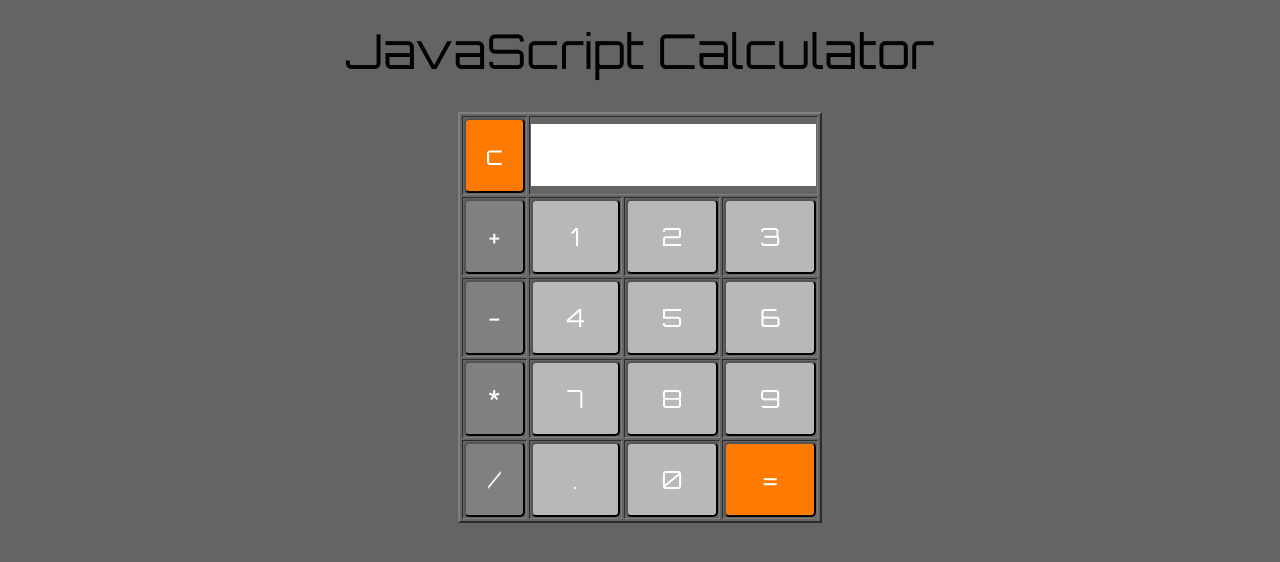
Repository: spidero7/Simple-Calculator
Page: index.html
The author's editor kept a copy of each file at every save. The page is drawn from the files as they stood at one save, then again after the next save.
The browser window is 1280 px wide. The pictures show the whole page.

Above is the page before, as saved 2021-09-16 08:03:56.

After the next save:
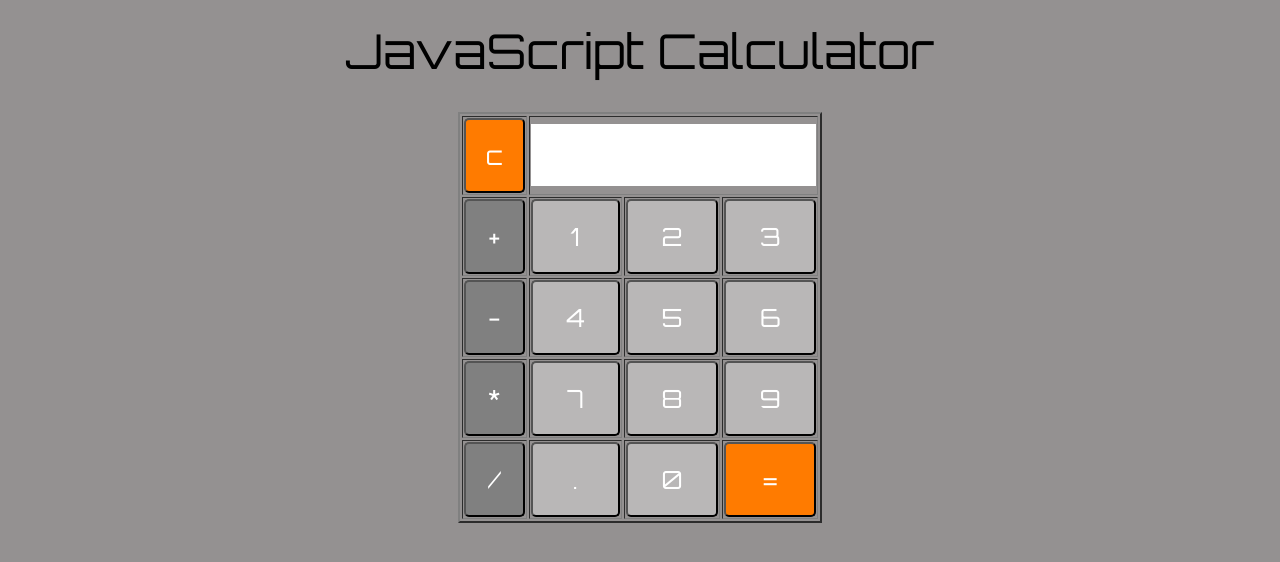
Saved 7 s later.
--- a/style.css
+++ b/style.css
@@ -6,7 +6,7 @@
 body {
     margin: 0;
     padding: 0;
-    background-color: rgb(100, 100, 100);
+    background-color: rgb(148, 145, 145);
 }
 
 .calculator-container {
